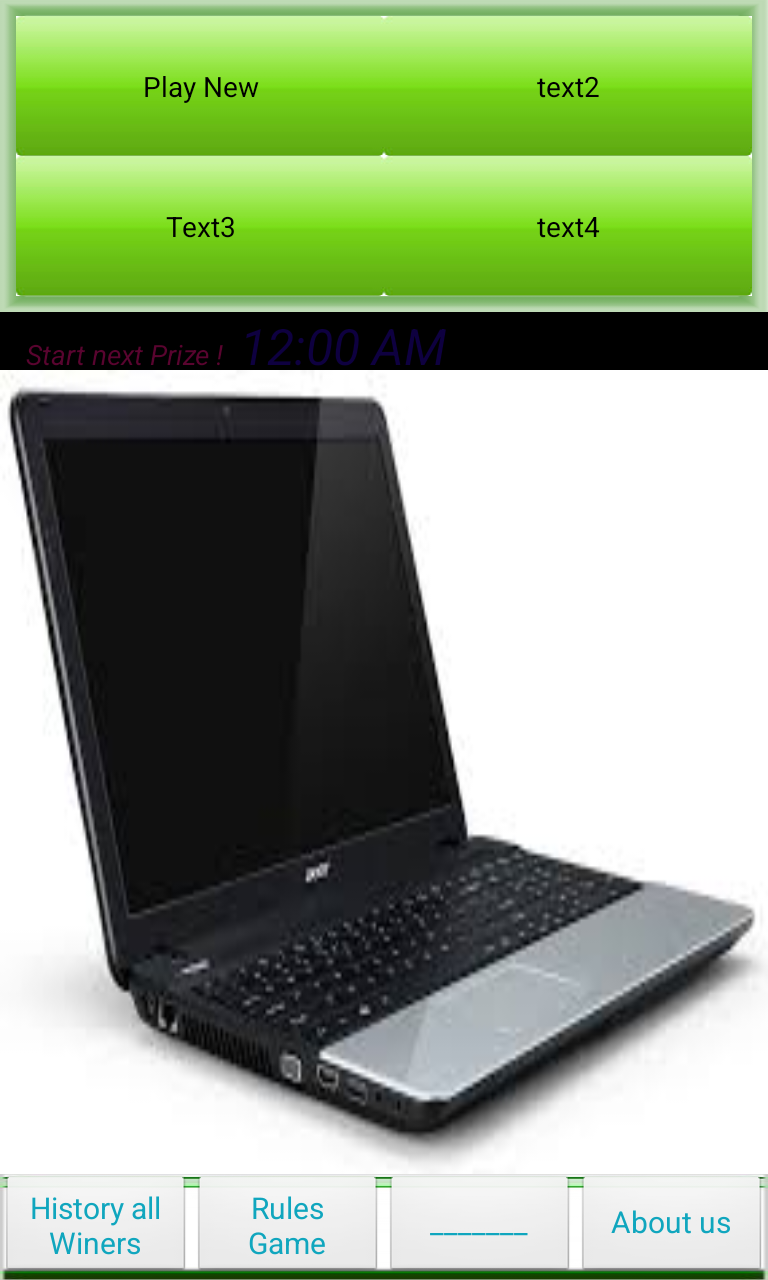
Repository: Skyremix/lottery
Layout: lotery/thelotter/res/layout/activity_main.xml
The author's editor kept a copy of each file at every save. The layout is drawn from the files as they stood at one save, then again after the next save.
It is drawn on a 768 x 1280 px phone screen (xhdpi) without system bars, with theme android:Theme.WithActionBar; the app's code is not run. The app's manifest (not shown) leaves right-to-left support off. So textAlignment, textDirection and layoutDirection are ignored, and left and right values win over start and end ones.

Above is the layout before, as saved 2015-04-07 20:41:57.

### lotery/thelotter/res/layout/activity_main.xml
<RelativeLayout xmlns:android="http://schemas.android.com/apk/res/android"
    xmlns:tools="http://schemas.android.com/tools"
    android:layout_width="match_parent"
    android:layout_height="match_parent"
    android:paddingBottom="0dp"
    android:paddingLeft="0dp"
    android:paddingRight="0dp"
    android:paddingTop="0dp"
    tools:context="com.example.thelotter.MainActivity" >

<LinearLayout
    android:layout_width="match_parent"
    android:layout_height="match_parent"
   	android:orientation="vertical">

    <LinearLayout
        android:layout_width="match_parent"
        android:layout_height="match_parent"
        android:layout_weight="1"
        android:orientation="vertical">

        <LinearLayout
            android:layout_width="match_parent"
            android:layout_height="156dp"
            android:orientation="vertical"
            android:background="@drawable/f">

            <LinearLayout
                android:layout_width="match_parent"
                android:layout_height="match_parent"
                android:orientation="horizontal"
                android:layout_weight="1"
                android:layout_marginLeft="0dp"
                android:layout_marginRight="0dp"
                android:layout_marginBottom="0dp">

                <Button
                    android:id="@+id/btn1"
                    android:layout_width="match_parent"
                    android:layout_height="match_parent"
                    android:layout_marginRight="0dp"
                    android:layout_weight="1"
                    android:background="@drawable/buttons"
                    android:paddingRight="0dp"
                    android:text="Play New"
                    android:layout_marginTop="8dp"
                    android:layout_marginLeft="8dp"/>

                <Button
                    android:id="@+id/btn2"
                    android:layout_width="match_parent"
                    android:layout_height="match_parent"
                    android:layout_marginLeft="0dp"
                    android:layout_weight="1"
                    android:paddingLeft="0dp"
                    android:text="text2"
                    android:background="@drawable/buttons"
                    android:layout_marginTop="8dp"
                    android:layout_marginRight="8dp"/>

            </LinearLayout>

            <LinearLayout
                android:layout_width="match_parent"
                android:layout_height="match_parent"
                android:orientation="horizontal"
                android:layout_weight="1"
                android:layout_marginLeft="0dp"
                android:layout_marginRight="0dp"
                android:layout_marginTop="0dp">

                <Button
                    android:id="@+id/btn3"
                    android:layout_width="match_parent"
                    android:layout_height="match_parent"
                    android:layout_weight="1"
                    android:onClick="@string/hello_world"
                    android:padding="0dp"
                    android:text="Text3"
                   	android:background="@drawable/buttons"
                   	android:layout_marginBottom="8dp"
                    android:layout_marginLeft="8dp"/>

                <Button
                    android:id="@+id/btn4"
                    android:layout_width="match_parent"
                    android:layout_height="match_parent"
                    android:layout_weight="1"
                    android:padding="0dp"
                    android:text="text4"
                    android:background="@drawable/buttons"
                    android:layout_marginBottom="8dp"
                    android:layout_marginRight="8dp"/>

            </LinearLayout>

        </LinearLayout>

        <LinearLayout
            android:layout_width="match_parent"
            android:layout_height="29dp" >

            <TextView
                android:id="@+id/txt1"
                android:layout_width="wrap_content"
                android:layout_height="wrap_content"
                android:layout_marginLeft="13dp"
                android:layout_marginRight="5dp"
                android:text="Start next Prize !"
                android:textColor="#59042F"
                android:textStyle="italic" />

            <DigitalClock
                android:id="@+id/digitalClock"
                android:layout_width="wrap_content"
                android:layout_height="wrap_content"
                android:layout_marginLeft="3dp"
                android:textAlignment="center"
                android:textColor="#0E0040"
                android:textSize="25sp"
                android:textStyle="italic"
            	/>

        </LinearLayout>

         <LinearLayout
             android:layout_width="match_parent"
             android:layout_height="match_parent" >

             <ImageView
                 android:id="@+id/imgGarely"
                 android:layout_width="match_parent"
                 android:layout_height="match_parent"
                 android:background="@drawable/p" />

        </LinearLayout>
    </LinearLayout>

    <LinearLayout
        android:layout_width="match_parent"
        android:layout_height="53dp"
        android:background="@drawable/b"
        android:orientation="horizontal" >

        <Button
            android:id="@+id/btnHistory"
            android:layout_width="match_parent"
            android:layout_height="match_parent"
            android:text="History all Winers"
            android:textSize="15sp"
            android:textColor="#10A6BE"
            android:layout_weight="1"/>

         <Button
            android:id="@+id/btnRules"
            android:layout_width="match_parent"
            android:layout_height="match_parent"
            android:text="Rules Game"
            android:textSize="15sp"
            android:textColor="#10A6BE"
            android:layout_weight="1"/>

      <Button
            android:id="@+id/btnSpace"
            android:layout_width="match_parent"
            android:layout_height="match_parent"
            android:text="_______"
            android:textSize="15sp"
            android:textColor="#10A6BE"
            android:layout_weight="1"/>

        <Button
            android:id="@+id/btnAbout"
            android:layout_width="match_parent"
            android:layout_height="match_parent"
            android:text="About us"
            android:textSize="15sp"
            android:textColor="#10A6BE"
            android:layout_weight="1"/>

    </LinearLayout>

</LinearLayout>

</RelativeLayout>

### lotery/thelotter/res/values/strings.xml
<?xml version="1.0" encoding="utf-8"?>
<resources>

    <string name="app_name">thelotter</string>
    <string name="hello_world">Hello world!</string>
    <string name="account">Account</string>
    <string name="rules">Rules</string>
    <string name="about_as">About AS</string>
    <string name="quit">Quit</string>

</resources>

After the next save:
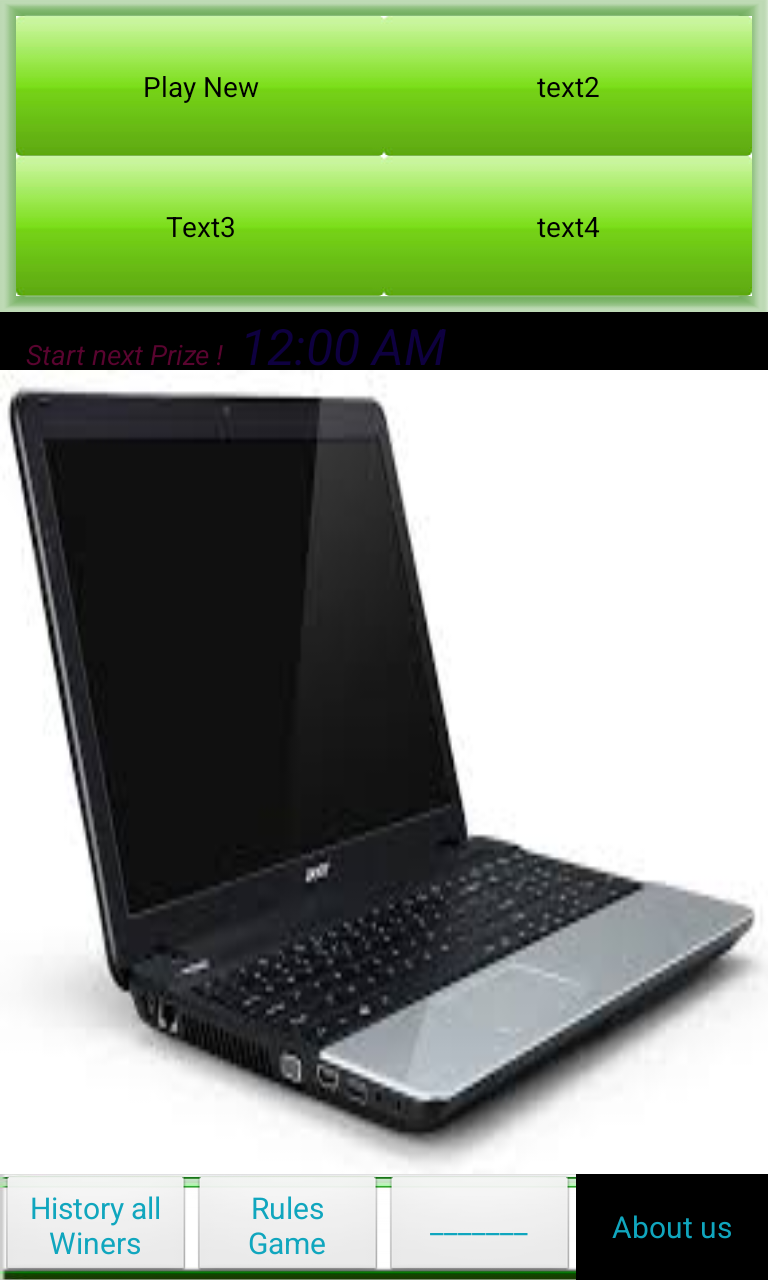
Saved 46 s later.
--- a/lotery/thelotter/res/layout/activity_main.xml
+++ b/lotery/thelotter/res/layout/activity_main.xml
@@ -174,6 +174,7 @@
             android:layout_width="match_parent"
             android:layout_height="match_parent"
             android:text="About us"
+            android:background="#000000"
             android:textSize="15sp"
             android:textColor="#10A6BE"
             android:layout_weight="1"/>
